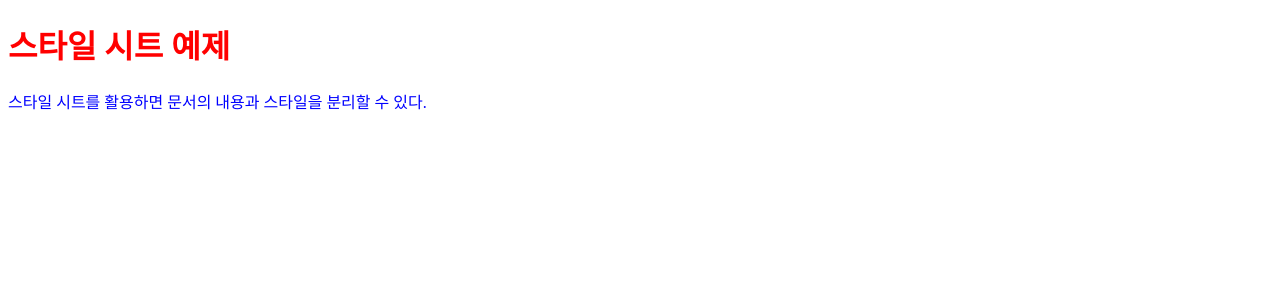
Repository: KimHeonSeung/TJE_HTML
Page: sources/day_02/WebContent/style_03.html
An editor plug-in stored every save of this project. The page is shown before and after the next save, followed by the edit.
The browser window is 1280 px wide. The pictures show the whole page.

Above is the page before, as saved 2019-05-13 07:37:31.

After the next save:
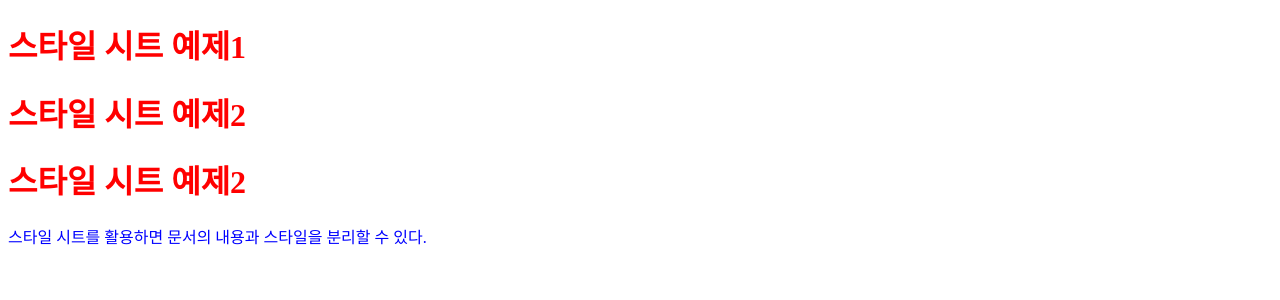
Saved 35 s later.
--- a/sources/day_02/WebContent/style_03.html
+++ b/sources/day_02/WebContent/style_03.html
@@ -17,7 +17,11 @@
 </head>
 <body>
 
-<h1>스타일 시트 예제</h1>
+<h1>스타일 시트 예제1</h1>
+
+<h1>스타일 시트 예제2</h1>
+
+<h1>스타일 시트 예제2</h1>
 
 <p>스타일 시트를 활용하면 문서의 내용과 스타일을 분리할 수 있다.</p>
 
